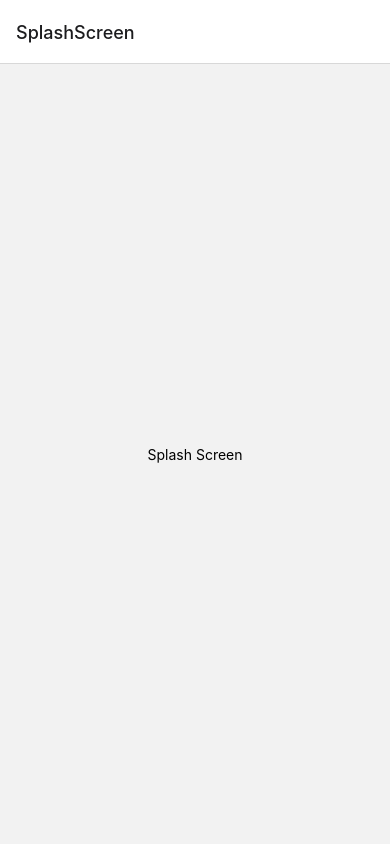
Repository: moronkids/react-native-non-expo
Screen: /
An editor plug-in stored every save of this project. The screen is shown before and after the next save, followed by the edit.
The app was drawn by React Native's web renderer in a window 390 px wide. The project was rebuilt for these pictures with package versions that can differ from the ones it lists, and the page was loaded fresh each time.

Above is the screen before, as saved 2025-01-11 13:52:44.

After the next save:
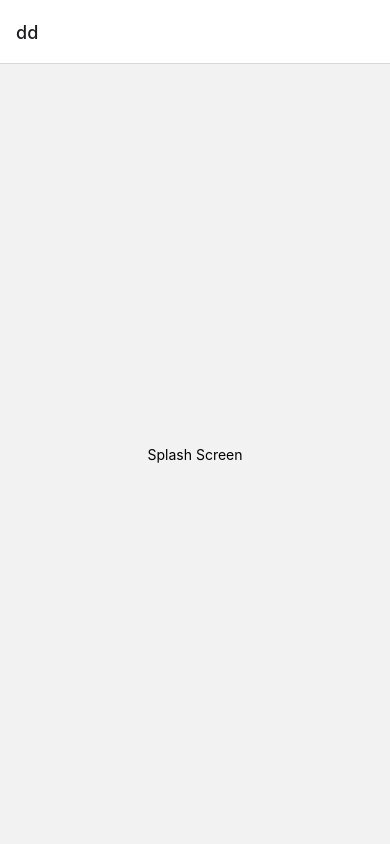
Saved 49 s later.
--- a/routes.tsx
+++ b/routes.tsx
@@ -13,6 +13,7 @@ const RootStack = () => {
                 justifyContent: 'center',
                 display: 'flex',
             },
+            title: 'dd',
 
         }}>
             <Stack.Screen name="SplashScreen" component={SplashScreen} />
